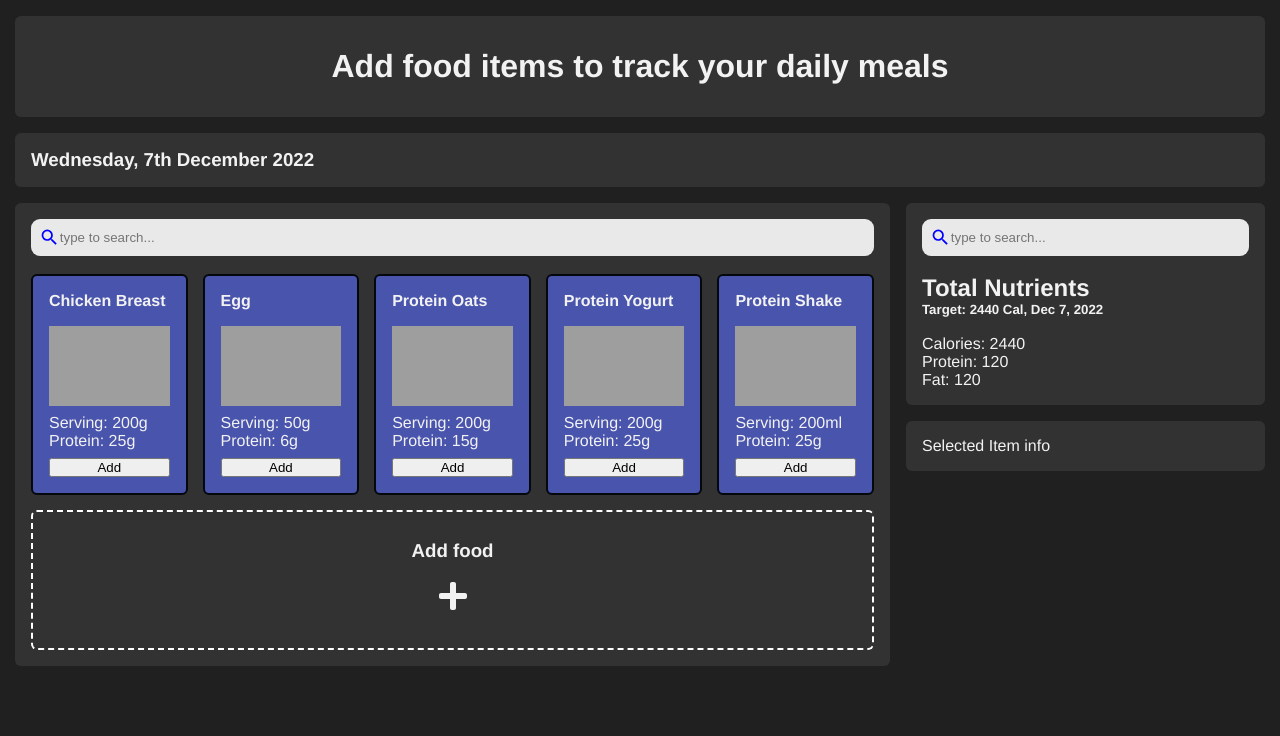
Repository: CEEPREL/NutritionTracker
Page: /
These files come from the project's save history. The page is drawn as it stood at one moment and after the next save; the edit follows.
The browser window is 1280 px wide. The pictures show the whole page.
Pictures or frames that could not be fetched are drawn as grey boxes. The project was rebuilt for these pictures with package versions that can differ from the ones it lists, and the page was loaded fresh each time. Also part of the build but not shown: vite.config.js.

Above is the page before, as saved 2022-12-08 21:59:42.

After the next save:
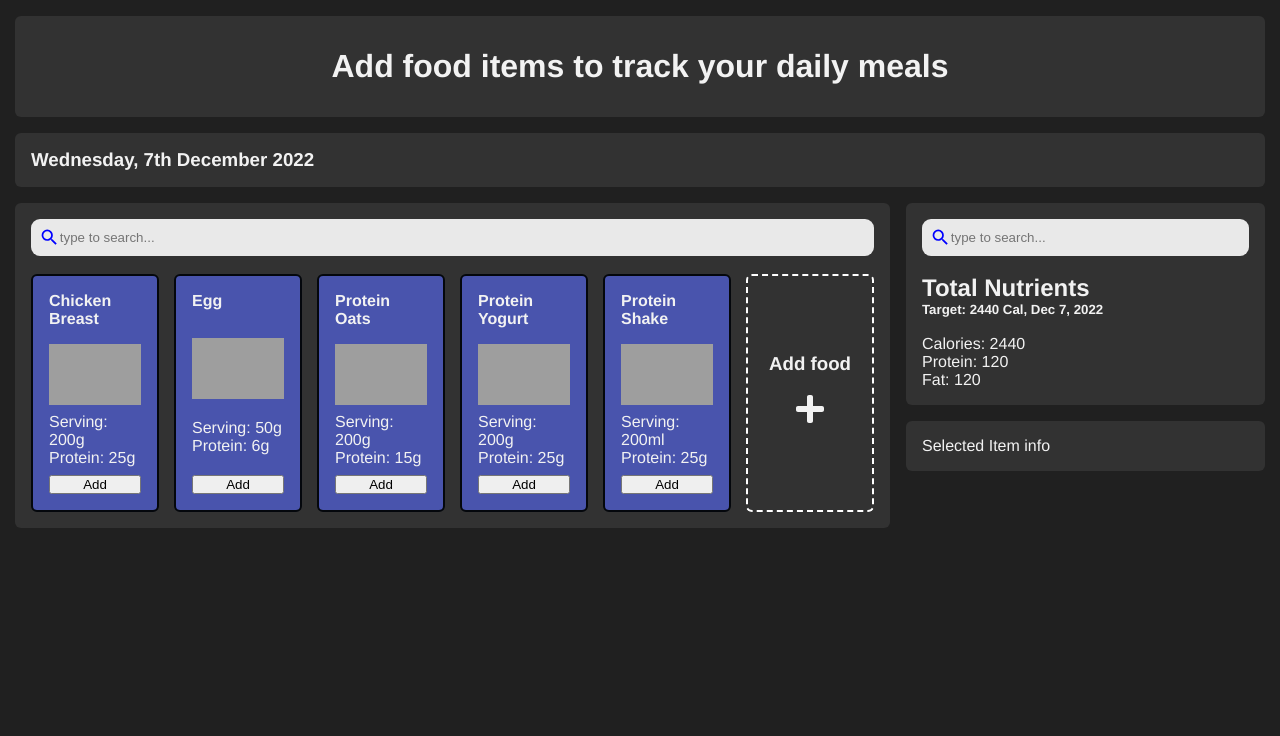
Saved 27 s later.
--- a/src/App.css
+++ b/src/App.css
@@ -98,7 +98,7 @@ body {
 }
 .new-card{
   min-height:140px;
-  min-width:  16rem;
+  min-width:  8rem;
   border-radius: 6px;
   border: 2px dashed rgb(255, 255, 255);
   padding: 1rem;
